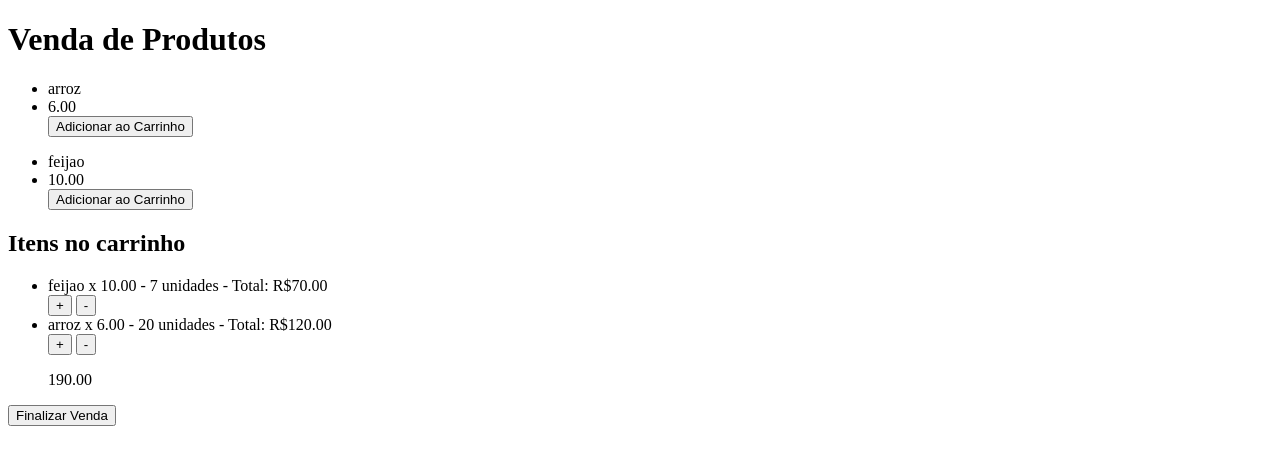
Repository: joaobatistafrontend/test-venda
Page: http://localhost/
These files come from the project's save history. The page is drawn as it stood at one moment and after the next save; the edit follows.
The browser window is 1280 px wide. The pictures show the whole page.
The page is served by the project's application, run on Django 4.2 (manage.py). The page reads the database file committed with the project.

Above is the page before, as saved 2024-09-26 23:07:41.

After the next save:
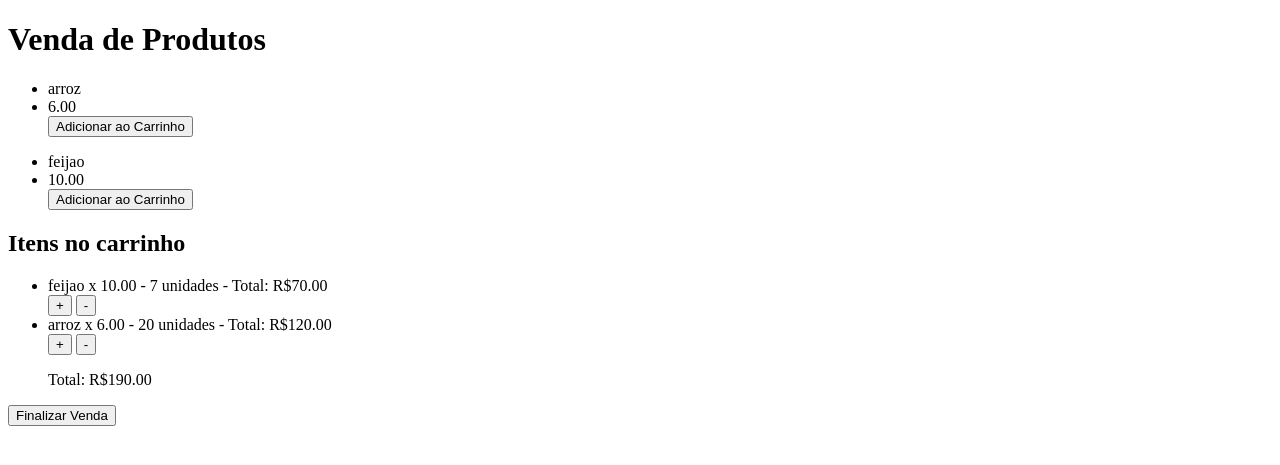
Saved 18 s later.
--- a/templates/venda.html
+++ b/templates/venda.html
@@ -31,10 +31,10 @@
         <ul>
             {% for item in item %}
                 <li>{{ item.produto }} - {{ item.quantidade }} unidades - Total: R${{ item.preco_total }}</li>
-                <button class="btn btn-primary"  onclick="location.href ='{% url 'add_da_venda' item.produto.pk %}'">+</button>
-                <button class="btn btn-primary"  onclick="location.href ='{% url 'remover_da_venda' item.produto.pk %}'">-</button>
+                <button class="btn btn-primary" type="button" onclick="location.href='{% url 'add_da_venda' item.produto.pk %}'">+</button>
+                <button class="btn btn-danger" type="button" onclick="location.href='{% url 'remover_da_venda' item.produto.pk %}'">-</button>
             {% endfor %}
-            <p>{{total}}</p>
+            <p>Total: R${{ total }}</p>
         </ul>
         <button type="submit" class="btn btn-success">Finalizar Venda</button>
     </form>
